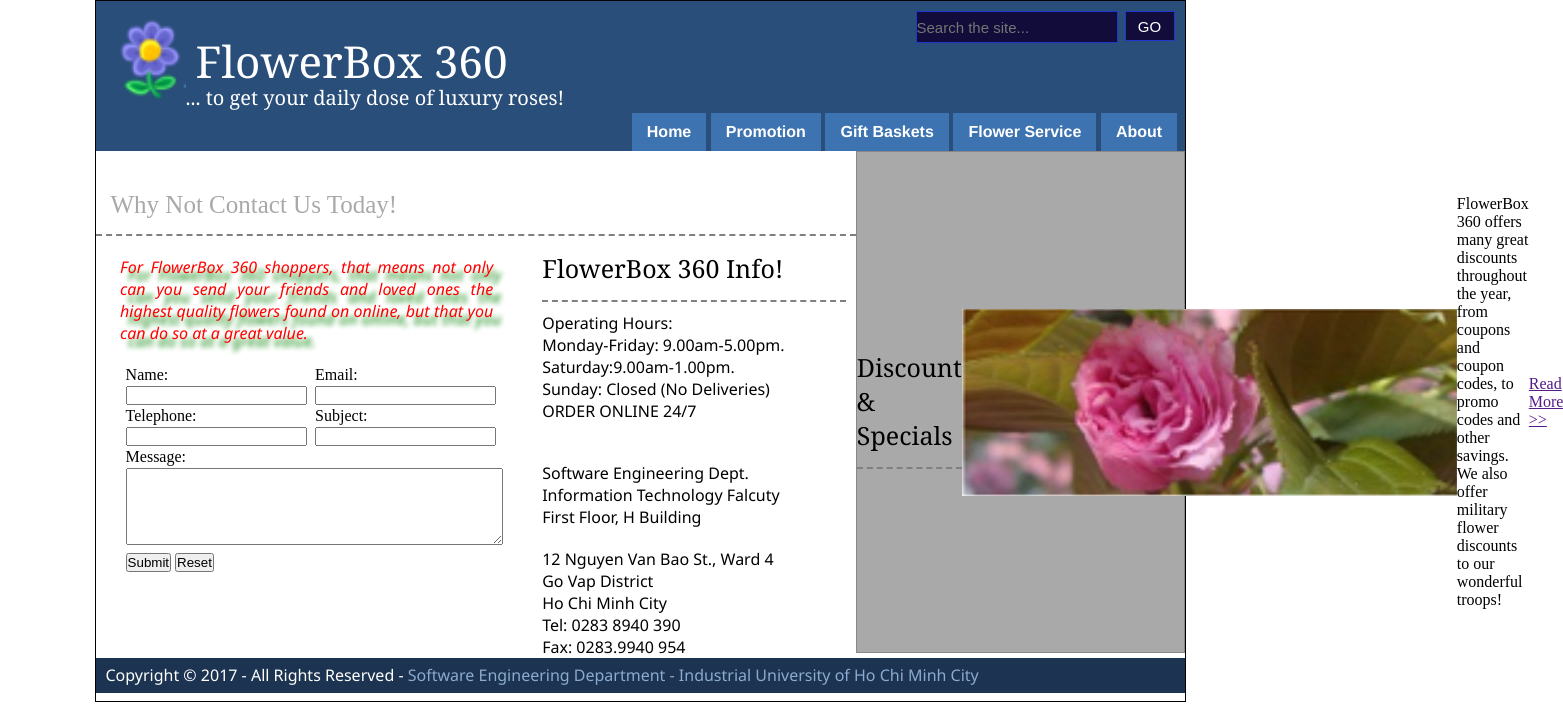
Repository: thu1365/BTKT_WEB
Page: HTML/btkt.html
The author's editor kept a copy of each file at every save. The page is drawn from the files as they stood at one save, then again after the next save.
The browser window is 1280 px wide. The page is 1563 px wide, then 1370 px, so the pictures cover 1563 px, including what lies to the right of the window. The pictures show the whole page.

Above is the page before, as saved 2023-03-11 20:09:18.

After the next save:
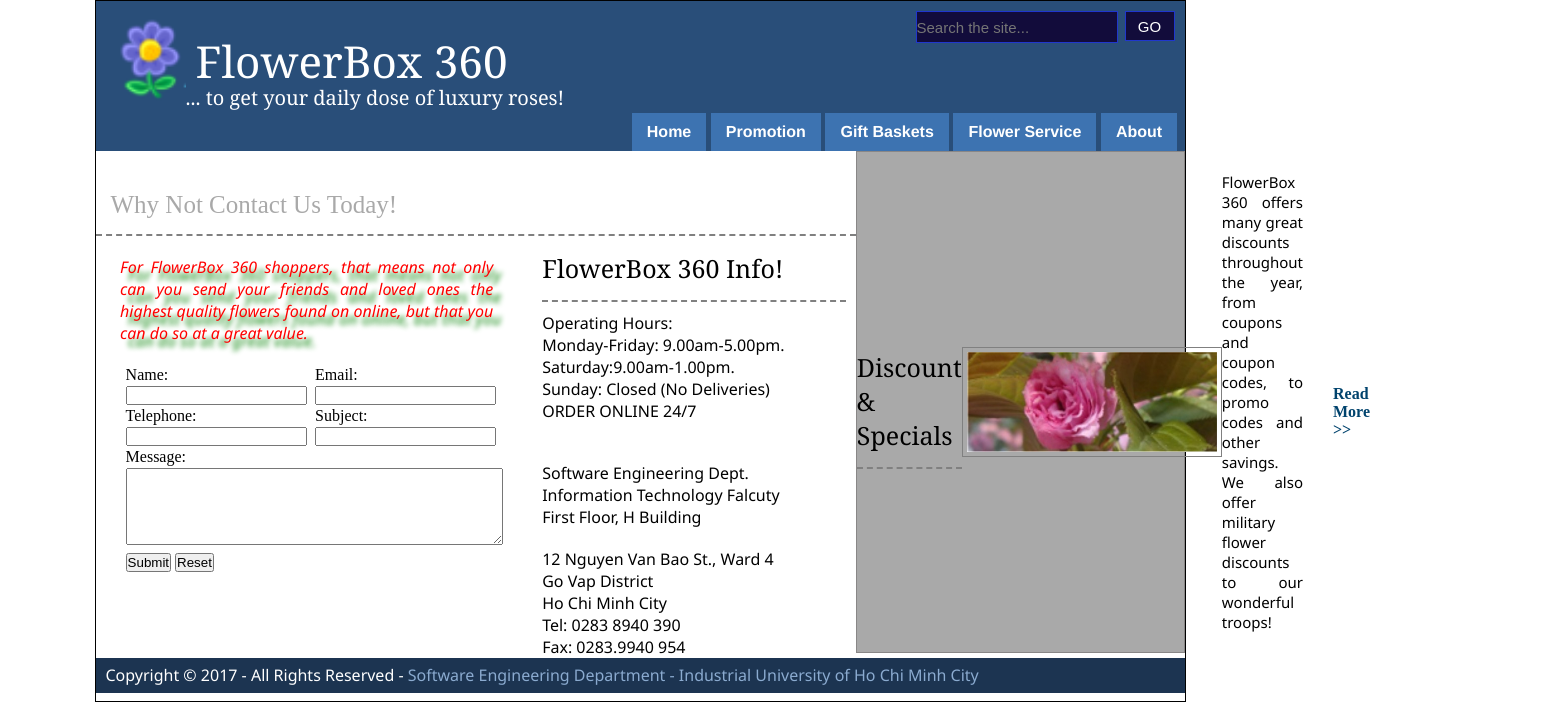
Saved 55 s later.
--- a/HTML/btkt.html
+++ b/HTML/btkt.html
@@ -206,6 +206,33 @@
             width: 100%;
             font-size: 25px;
             border-bottom: 2px dashed gray;
+        }
+
+        .c3_img {
+            width: 250px;
+            height: 100px;
+            padding: 4px;
+            margin: 20px 0;
+            border: 1px solid gray;
+        }
+
+        .c3_des {
+            width: 250px;
+            margin-right: 30px;
+            float: left;
+            text-align: justify;
+            font-family: 'Segoe UI', Tahoma, Geneva, Verdana, sans-serif;
+            font-size: 15px;
+            display: block;
+        }
+
+        .c3_link {
+            color: #00436d;
+            font-weight: bold;
+            margin-right: 30px;
+            float: right;
+            padding-top: 20px;
+            text-decoration: none;
         }
 
         footer {
